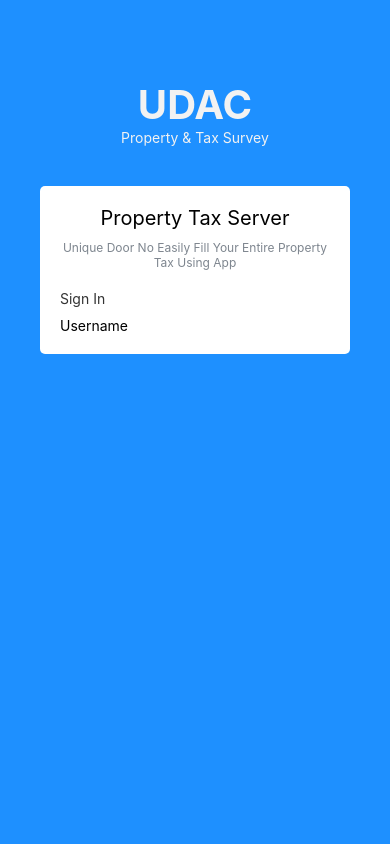
Repository: metalysm/BasicLoginPage
Screen: /
The author's editor kept a copy of each file at every save. The screen is drawn from the files as they stood at one save, then again after the next save.
The app was drawn by React Native's web renderer in a window 390 px wide. The project was rebuilt for these pictures with package versions that can differ from the ones it lists, and the page was loaded fresh each time.

Above is the screen before, as saved 2019-12-05 13:48:28.

### App.js

import React, { Component } from 'react';
import Login from './src/pages/Login';
import { StyleSheet } from 'react-native';

export default class App extends Component {
  render() {
    return (
      <Login />
    );
  }
};



const styles = StyleSheet.create({

});

### src/pages/Login.js

import React, { Component } from 'react';
import {
    StyleSheet,
    View,
    Text,
} from 'react-native';
import LoginForm from '../pages/LoginForm';

export default class Login extends Component {
    render() {
        return (
            <View style={styles.container}>
                <View style={styles.headBackground} />
                <View>
                    <Text style={styles.logo}>UDAC</Text>
                    <Text style={styles.logoDescription}>Property & Tax Survey</Text>
                </View>
                <View style={styles.loginArea}>
                    <Text style={styles.loginAreaTitle}>Property Tax Server</Text>
                    <Text style={styles.loginAreaDesc}>
                        Unique Door No Easily Fill Your Entire Property Tax Using App
                    </Text>
                <LoginForm/>
                </View>
            </View>
        );
    }
};

const styles = StyleSheet.create({
    container: {
        flex: 1,
        backgroundColor: '#F5FCFF',
        paddingVertical: 80
    },
    headBackground: {
        position: 'absolute',
        top: 0,
        left: 0,
        height: '100%',
        width: '100%',
        backgroundColor: '#1e90ff'
    },
    logo: {
        textAlign: 'center',
        fontSize: 40,
        fontWeight: 'bold',
        color: '#f2f2f2'
    },
    logoDescription: {
        textAlign: 'center',
        color: '#f2f2f2',
    },
    loginArea: {
        marginHorizontal: 40,
        marginVertical: 40,
        backgroundColor: '#fff',
        padding: 20,
        borderRadius: 5,
        // SHADOW TANIMLARI SADECE IOS TA VARDIR.
        /* GÖLGELENDİRME
        shadowColor:'black',
        shadowOpacity: .2, //0 ile 1 arasında bir rakam girilir.
        shadowRadius: 3,
        shadowOffset: {
          width: 0,
          height: 2
        }*/
        elevation: 4
    },
    loginAreaTitle: {
        fontSize: 20,
        textAlign: 'center'
    },
    loginAreaDesc: {
        fontSize: 12,
        color: '#7e868f',
        marginVertical: 10,
        textAlign: 'center'
    }
});

### src/pages/LoginForm.js
import React, { Component } from 'react';
import { StyleSheet,Text,View } from 'react-native';
import Input from '../components/Input';

export default class LoginForm extends Component {
  render() {
    return (
      <View>
        <Text style={styles.signInText}>Sign In</Text>
        <Input placeholder="Username"/>
      </View>

    );
  }
};



const styles = StyleSheet.create({
    signInText:{
        marginVertical:10,
        fontSize:14,
        color:'#333'
    }

});

### src/components/Input.js
import React, { Component } from 'react';
import { StyleSheet,TextInput,View } from 'react-native';


export default class Input extends Component {
  render() {
    return (
      <View>
        <TextInput {...this.props}/>

      </View>

    );
  }
};



const styles = StyleSheet.create({


});

After the next save:
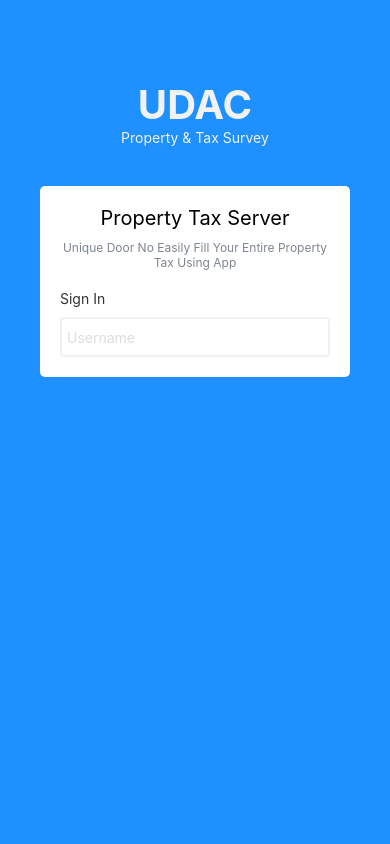
Saved 3 min 31 s later.
--- a/src/components/Input.js
+++ b/src/components/Input.js
@@ -6,17 +6,26 @@ export default class Input extends Component {
   render() {
     return (
       <View>
-        <TextInput {...this.props}/>
-
+        <TextInput
+        {...this.props}
+         placeholderTextColor = "#ddd"
+         style={styles.input}
+         />
       </View>
-
-    );
-  }
+    ); //{...this.props} => loginformdaki <Input> içerisindeki
+  }    // bütün her şeyi al buraya yerleştir demek.
 };
 
 
 
 const styles = StyleSheet.create({
-
+    input: {
+        height:40,
+        paddingHorizontal:5,
+        borderRadius:4,
+        borderWidth:2,
+        borderColor:'#f1f1f1',
+        fontSize:14
+    }
 
 });
